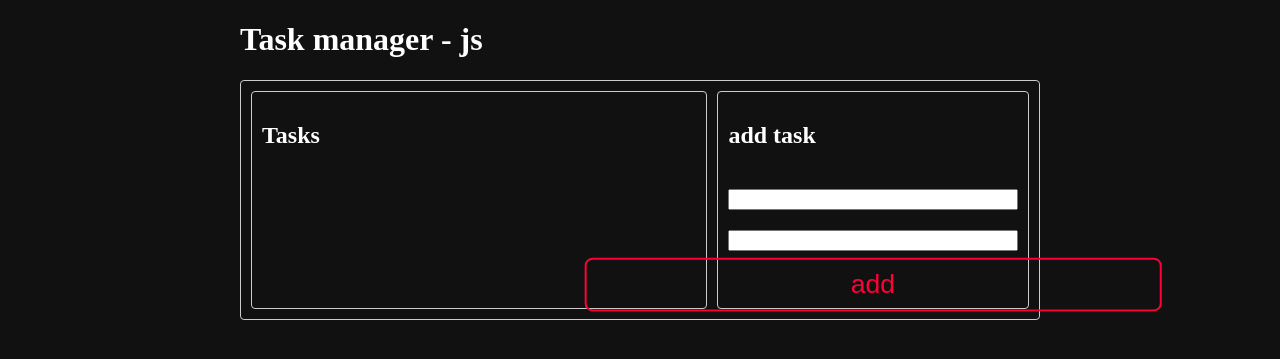
Repository: iKrekus/taskmgr-js
Page: index.html
An editor plug-in stored every save of this project. The page is shown before and after the next save, followed by the edit.
The browser window is 1280 px wide. The pictures show the whole page.
The first visible `.btn__add` is being pressed.

Above is the page before, as saved 2024-03-15 16:49:27.

After the next save:
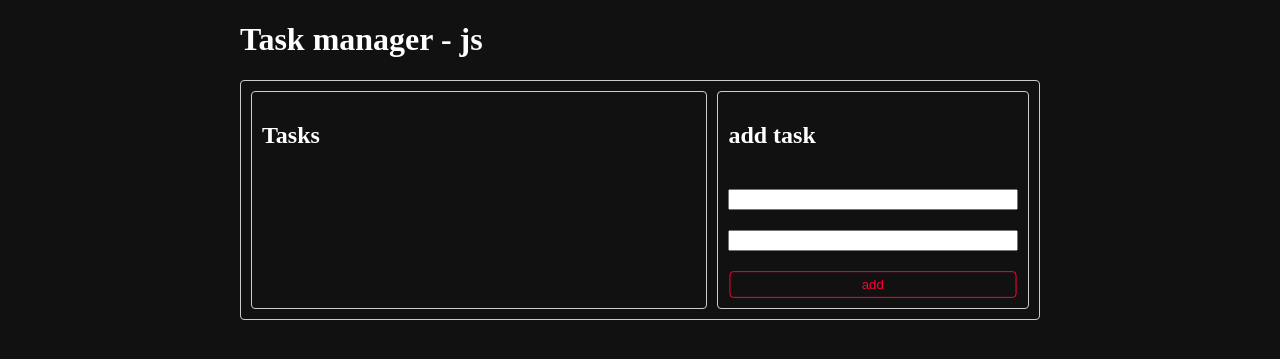
Saved 6 s later.
--- a/style.css
+++ b/style.css
@@ -97,7 +97,7 @@ body {
 }
 
 .btn__add:active {
-  transform: scale(1.99);
+  transform: scale(0.99);
 }
 
 .btn__add:hover {
